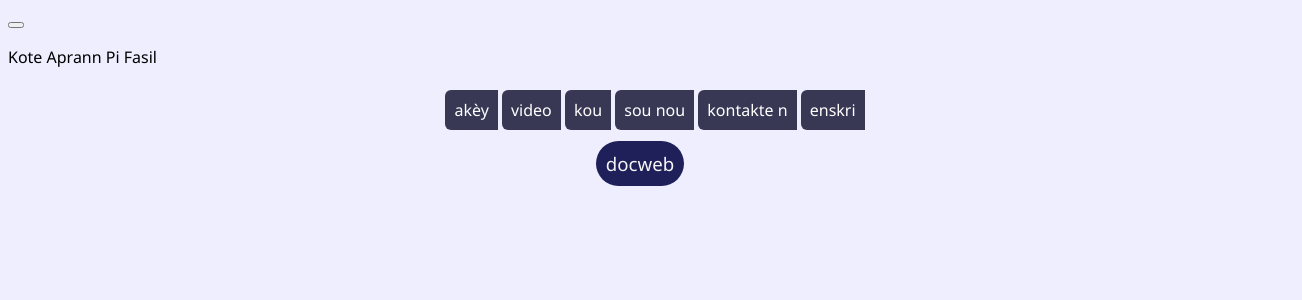
Repository: duperweb/docweb
Page: index.html
An editor plug-in stored every save of this project. The page is shown before and after a run of saves, followed by the edit.
The browser window is 1280 px wide. The page is 1302 px wide, so the pictures cover 1302 px, including what lies to the right of the window. The pictures show the whole page.

Above is the page before, as saved 2021-03-16 15:27:41.

After the next 2 saves:
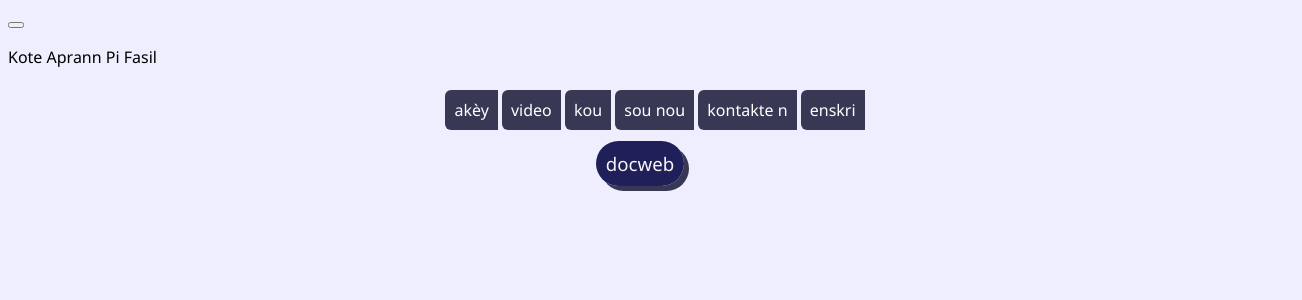
The 2 saves are shown as one change because they came seconds apart.
The last was saved 28 s later.
--- a/assets/css/home.css
+++ b/assets/css/home.css
@@ -63,7 +63,7 @@ body {
 
 
 
-    box-shadow: 5px 5px #383855;
+
 }
 .docweb-text-logo {
     background: #1f1f5a;
@@ -71,5 +71,6 @@ body {
     color: whitesmoke;
     padding: 10px;
     border-radius: 100px;
+    box-shadow: 5px 5px #383855;
 }
 /*===================== END OF HEADER  TOP SECTION====================*/
